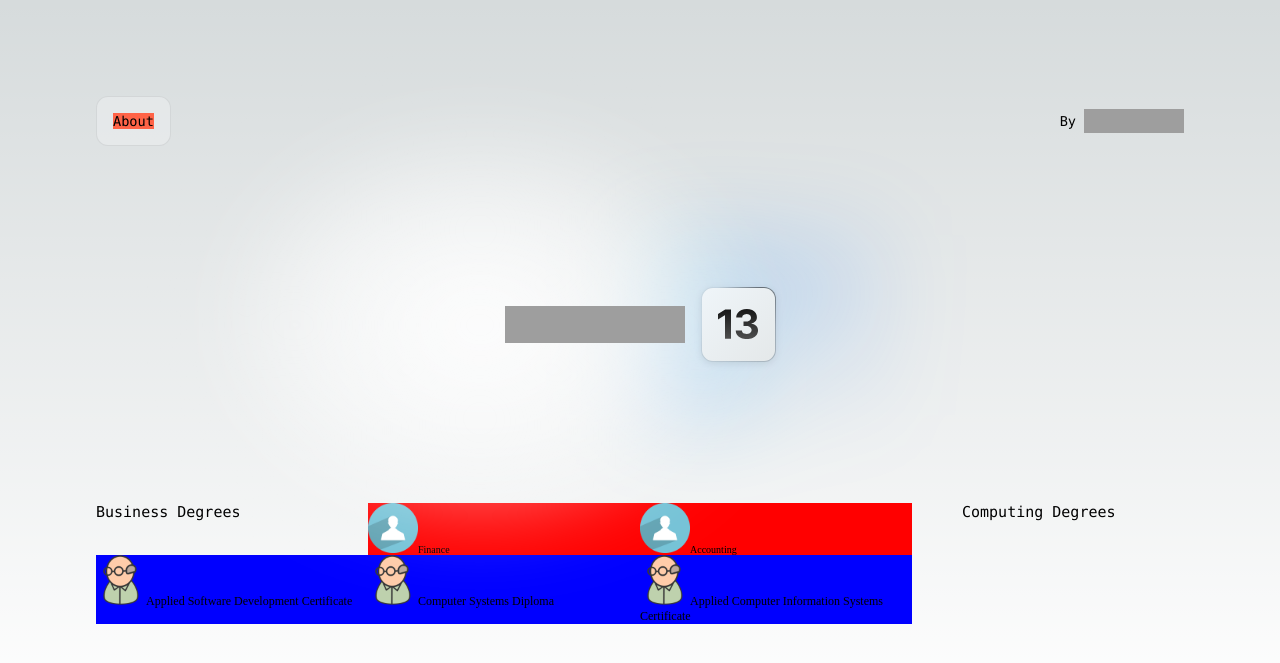
Repository: TeoEstrada9/Week-3-example
Page: /
The author's editor kept a copy of each file at every save. The page is drawn from the files as they stood at one save, then again after the next save.
The browser window is 1280 px wide. The pictures show the whole page.
Pictures or frames that could not be fetched are drawn as grey boxes. The project was rebuilt for these pictures with package versions that can differ from the ones it lists, and the page was loaded fresh each time. The framework's server and built-in components were replaced by stand-ins that run in the browser. Also part of the build but not shown: next.config.js.

Above is the page before, as saved 2023-01-18 15:21:59.

### pages/index.js
import Head from 'next/head'
import Image from 'next/image'
import { Inter } from '@next/font/google'
import styles from '@/styles/Home.module.css'
import data from '../Data/education.json'
import { useState } from 'react'
import Card from '../Components/Card'
import Link from 'next/link'

const inter = Inter({ subsets: ['latin'] })

export default function Home() {

  console.log(data);
  const [information, setInformation] = useState([...data])



  return (
    <>
      <Head>
        <title>Create Next App</title>
        <meta name="description" content="Generated by create next app" />
        <meta name="viewport" content="width=device-width, initial-scale=1" />
        <link rel="icon" href="/favicon.ico" />
      </Head>
      <main className={styles.main}>
        <div className={styles.description}>
          <p className='about-btn'>
           <Link className='about-btn' href="about">About</Link>
          </p>
          <div>
            <a
              href="https://vercel.com?utm_source=create-next-app&utm_medium=default-template&utm_campaign=create-next-app"
              target="_blank"
              rel="noopener noreferrer"
            >
              By{' '}
              <Image
                src="/vercel.svg"
                alt="Vercel Logo"
                className={styles.vercelLogo}
                width={100}
                height={24}
                priority
              />
            </a>
          </div>
        </div>

        <div className={styles.center}>
          <Image
            className={styles.logo}
            src="/next.svg"
            alt="Next.js Logo"
            width={180}
            height={37}
            priority
          />
          <div className={styles.thirteen}>
            <Image
              src="/thirteen.svg"
              alt="13"
              width={40}
              height={31}
              priority
            />
          </div>
        </div>

        <div className={styles.grid}>
          <div className='title1'>Business Degrees</div>
          {information && information.map((info, index) => {
            if(info.department === "Business")
            return(
              <Card key={index} degree={info.degree} colour="red" font="10px"/>
            )

          })}

        <div className='title2'>Computing Degrees</div>
          {information && information.map((info, index) => {
            if(info.department === "Computing")
            return(
              <Card key={index} degree={info.degree} colour="blue" font="12px"/>
            )

          })}



        </div>
      </main>
    </>
  )
}

### styles/globals.css
:root {
  --max-width: 1100px;
  --border-radius: 12px;
  --font-mono: ui-monospace, Menlo, Monaco, 'Cascadia Mono', 'Segoe UI Mono',
    'Roboto Mono', 'Oxygen Mono', 'Ubuntu Monospace', 'Source Code Pro',
    'Fira Mono', 'Droid Sans Mono', 'Courier New', monospace;

  --foreground-rgb: 0, 0, 0;
  --background-start-rgb: 214, 219, 220;
  --background-end-rgb: 255, 255, 255;

  --primary-glow: conic-gradient(
    from 180deg at 50% 50%,
    #16abff33 0deg,
    #0885ff33 55deg,
    #54d6ff33 120deg,
    #0071ff33 160deg,
    transparent 360deg
  );
  --secondary-glow: radial-gradient(
    rgba(255, 255, 255, 1),
    rgba(255, 255, 255, 0)
  );

  --tile-start-rgb: 239, 245, 249;
  --tile-end-rgb: 228, 232, 233;
  --tile-border: conic-gradient(
    #00000080,
    #00000040,
    #00000030,
    #00000020,
    #00000010,
    #00000010,
    #00000080
  );

  --callout-rgb: 238, 240, 241;
  --callout-border-rgb: 172, 175, 176;
  --card-rgb: 180, 185, 188;
  --card-border-rgb: 131, 134, 135;
}

@media (prefers-color-scheme: dark) {
  :root {
    --foreground-rgb: 255, 255, 255;
    --background-start-rgb: 0, 0, 0;
    --background-end-rgb: 0, 0, 0;

    --primary-glow: radial-gradient(rgba(1, 65, 255, 0.4), rgba(1, 65, 255, 0));
    --secondary-glow: linear-gradient(
      to bottom right,
      rgba(1, 65, 255, 0),
      rgba(1, 65, 255, 0),
      rgba(1, 65, 255, 0.3)
    );

    --tile-start-rgb: 2, 13, 46;
    --tile-end-rgb: 2, 5, 19;
    --tile-border: conic-gradient(
      #ffffff80,
      #ffffff40,
      #ffffff30,
      #ffffff20,
      #ffffff10,
      #ffffff10,
      #ffffff80
    );

    --callout-rgb: 20, 20, 20;
    --callout-border-rgb: 108, 108, 108;
    --card-rgb: 100, 100, 100;
    --card-border-rgb: 200, 200, 200;
  }
}

* {
  box-sizing: border-box;
  padding: 0;
  margin: 0;
}

html,
body {
  max-width: 100vw;
  overflow-x: hidden;
}

body {
  color: rgb(var(--foreground-rgb));
  background: linear-gradient(
      to bottom,
      transparent,
      rgb(var(--background-end-rgb))
    )
    rgb(var(--background-start-rgb));
}

a {
  color: inherit;
  text-decoration: none;
}



@media (prefers-color-scheme: dark) {
  html {
    color-scheme: dark;
  }
}



.title1 {
  font-size: 15px;
  font-family: var(--font-mono);

}
.title2 {
  font-size: 15px;
  font-family: var(--font-mono);
  margin-left: 50px;
}

.about-btn {
  background-color: tomato;
}

.Home_grid__GxQ85 {
  margin: auto;
}

### styles/Home.module.css
.main {
  display: flex;
  flex-direction: column;
  justify-content: space-between;
  align-items: center;
  padding: 6rem;
  min-height: 100vh;
}

.description {
  display: inherit;
  justify-content: inherit;
  align-items: inherit;
  font-size: 0.85rem;
  max-width: var(--max-width);
  width: 100%;
  z-index: 2;
  font-family: var(--font-mono);
}

.description a {
  display: flex;
  justify-content: center;
  align-items: center;
  gap: 0.5rem;
}

.description p {
  position: relative;
  margin: 0;
  padding: 1rem;
  background-color: rgba(var(--callout-rgb), 0.5);
  border: 1px solid rgba(var(--callout-border-rgb), 0.3);
  border-radius: var(--border-radius);
}

.code {
  font-weight: 700;
  font-family: var(--font-mono);
}

.grid {
  display: grid;
  grid-template-columns: repeat(4, minmax(25%, auto));
  width: var(--max-width);
  max-width: 100%;
}

.card {
  padding: 1rem 1.2rem;
  border-radius: var(--border-radius);
  background: rgba(var(--card-rgb), 0);
  border: 1px solid rgba(var(--card-border-rgb), 0);
  transition: background 200ms, border 200ms;
}

.card span {
  display: inline-block;
  transition: transform 200ms;
}

.card h2 {
  font-weight: 600;
  margin-bottom: 0.7rem;
}

.card p {
  margin: 0;
  opacity: 0.6;
  font-size: 0.9rem;
  line-height: 1.5;
  max-width: 30ch;
}

.center {
  display: flex;
  justify-content: center;
  align-items: center;
  position: relative;
  padding: 4rem 0;
}

.center::before {
  background: var(--secondary-glow);
  border-radius: 50%;
  width: 480px;
  height: 360px;
  margin-left: -400px;
}

.center::after {
  background: var(--primary-glow);
  width: 240px;
  height: 180px;
  z-index: -1;
}

.center::before,
.center::after {
  content: '';
  left: 50%;
  position: absolute;
  filter: blur(45px);
  transform: translateZ(0);
}

.logo,
.thirteen {
  position: relative;
}

.thirteen {
  display: flex;
  justify-content: center;
  align-items: center;
  width: 75px;
  height: 75px;
  padding: 25px 10px;
  margin-left: 16px;
  transform: translateZ(0);
  border-radius: var(--border-radius);
  overflow: hidden;
  box-shadow: 0px 2px 8px -1px #0000001a;
}

.thirteen::before,
.thirteen::after {
  content: '';
  position: absolute;
  z-index: -1;
}

/* Conic Gradient Animation */
.thirteen::before {
  animation: 6s rotate linear infinite;
  width: 200%;
  height: 200%;
  background: var(--tile-border);
}

/* Inner Square */
.thirteen::after {
  inset: 0;
  padding: 1px;
  border-radius: var(--border-radius);
  background: linear-gradient(
    to bottom right,
    rgba(var(--tile-start-rgb), 1),
    rgba(var(--tile-end-rgb), 1)
  );
  background-clip: content-box;
}

/* Enable hover only on non-touch devices */
@media (hover: hover) and (pointer: fine) {
  .card:hover {
    background: rgba(var(--card-rgb), 0.1);
    border: 1px solid rgba(var(--card-border-rgb), 0.15);
  }

  .card:hover span {
    transform: translateX(4px);
  }
}

@media (prefers-reduced-motion) {
  .thirteen::before {
    animation: none;
  }

  .card:hover span {
    transform: none;
  }
}

/* Mobile */
@media (max-width: 700px) {
  .content {
    padding: 4rem;
  }

  .grid {
    grid-template-columns: 1fr;
    margin-bottom: 120px;
    max-width: 320px;
    text-align: center;
  }

  .card {
    padding: 1rem 2.5rem;
  }

  .card h2 {
    margin-bottom: 0.5rem;
  }

  .center {
    padding: 8rem 0 6rem;
  }

  .center::before {
    transform: none;
    height: 300px;
  }

  .description {
    font-size: 0.8rem;
  }

  .description a {
    padding: 1rem;
  }

  .description p,
  .description div {
    display: flex;
    justify-content: center;
    position: fixed;
    width: 100%;
  }



  .description p {
    align-items: center;
    inset: 0 0 auto;
    padding: 2rem 1rem 1.4rem;
    border-radius: 0;
    border: none;
    border-bottom: 1px solid rgba(var(--callout-border-rgb), 0.25);
    background: linear-gradient(
      to bottom,
      rgba(var(--background-start-rgb), 1),
      rgba(var(--callout-rgb), 0.5)
    );
    background-clip: padding-box;
    backdrop-filter: blur(24px);
  }

  .description div {
    align-items: flex-end;
    pointer-events: none;
    inset: auto 0 0;
    padding: 2rem;
    height: 200px;
    background: linear-gradient(
      to bottom,
      transparent 0%,
      rgb(var(--background-end-rgb)) 40%
    );
    z-index: 1;
  }
}

/* Tablet and Smaller Desktop */
@media (min-width: 701px) and (max-width: 1120px) {
  .grid {
    grid-template-columns: repeat(2, 50%);
  }
}

@media (prefers-color-scheme: dark) {
  .vercelLogo {
    filter: invert(1);
  }

  .logo,
  .thirteen img {
    filter: invert(1) drop-shadow(0 0 0.3rem #ffffff70);
  }
}

@keyframes rotate {
  from {
    transform: rotate(360deg);
  }
  to {
    transform: rotate(0deg);
  }
}

### Data/education.json
[
        {
            "studentNumber": "A0004567",
            "firstName": "Miguel",
            "gpa": 3.8,
            "department": "Business",
            "degree": "Finance",
            "graduted": 2014
        },
        {
            "studentNumber": "A0001234",
            "firstName": "Ella",
            "gpa": 3.5,
            "department": "Business",
            "degree": "Accounting",
            "graduted": 2010
        },
        {
            "studentNumber": "A0007890",
            "firstName": "Brittney",
            "gpa": 3.2,
            "department": "Computing",
            "degree": "Applied Software Development Certificate",
            "graduted": 2018
        },
        {
            "studentNumber": "A0007828",
            "firstName": "Person 4",
            "gpa": 3.9,
            "department": "Computing",
            "degree": "Computer Systems Diploma",
            "graduted": 2021
        },
        {
            "studentNumber": "A0003425",
            "firstName": "Person 5",
            "gpa": 3.2,
            "department": "Computing",
            "degree": "Applied Computer Information Systems Certificate",
            "graduted": 2021
        }
]

### Components/Card/index.js
export default function Card({
    degree = "none",
    colour = "purple",
    font = "0",
    image = "icon/personTwo.png"
}) {
    return (
        <div style={{backgroundColor: colour, fontSize: font}}>
            {
                colour === "red" ? <img src={'icon/person.png'}width="50"/> :
                colour === "blue" ? <img src={'icon/personThree.png'}width="50"/> :
                                    <img src={'icon/person.png'}width="50"/>
            }
            {degree}

        </div>
    )
}

Loaded but not shown: pages/_app.js (common file); pages/_document.js (common file)

After the next save:
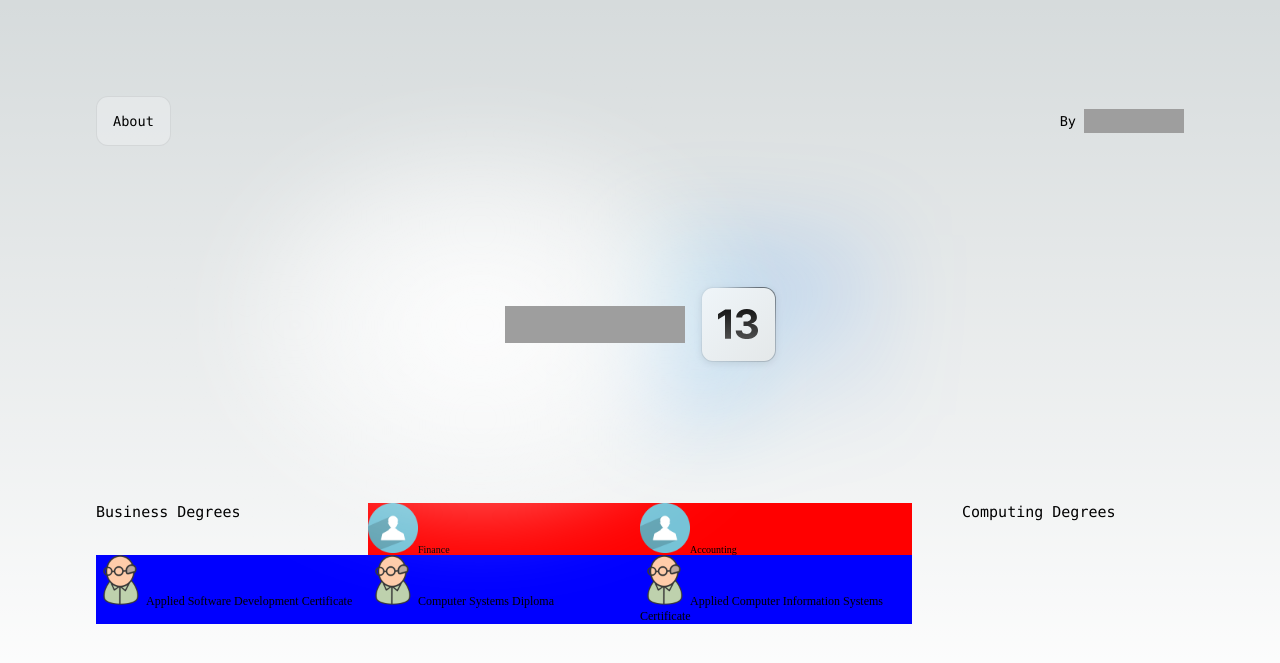
Saved 12 min 52 s later.
--- a/pages/index.js
+++ b/pages/index.js
@@ -27,7 +27,7 @@
       <main className={styles.main}>
         <div className={styles.description}>
           <p className='about-btn'>
-           <Link className='about-btn' href="about">About</Link>
+           <Link className='about-button' href="about">About</Link>
           </p>
           <div>
             <a

After the 3 saves that followed:
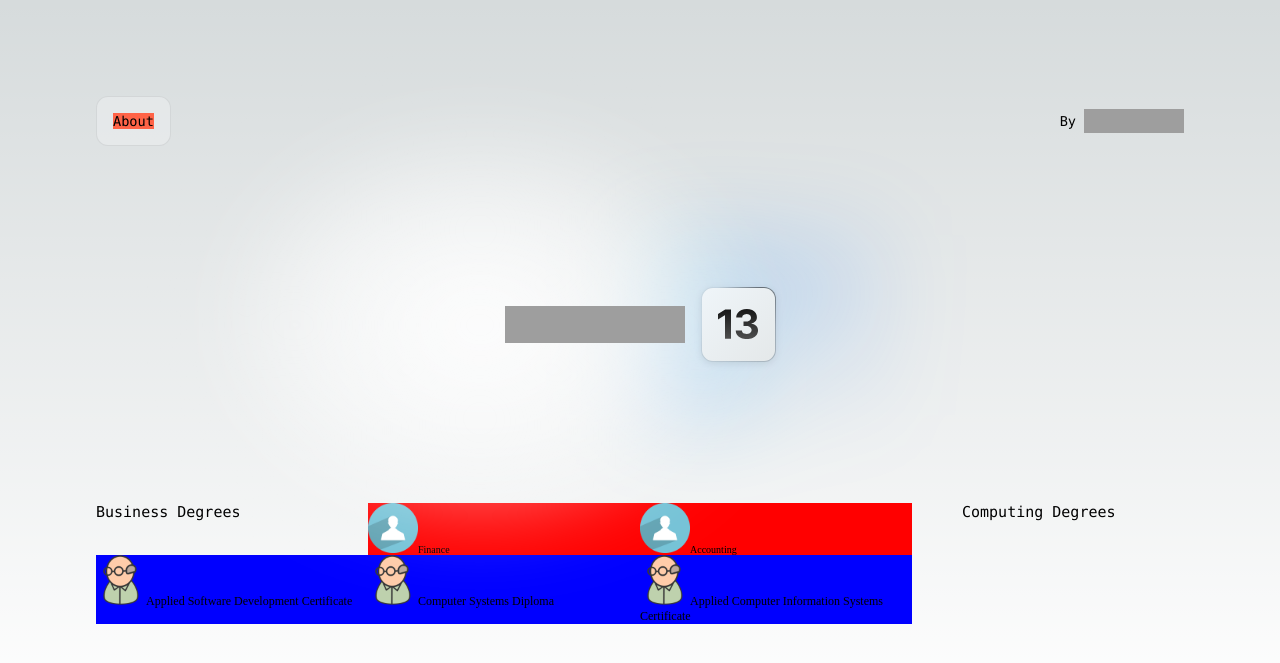
The 3 saves are shown as one change because 2 left the picture as it was.
The last was saved 15 s later.
--- a/pages/index.js
+++ b/pages/index.js
@@ -26,7 +26,7 @@
       </Head>
       <main className={styles.main}>
         <div className={styles.description}>
-          <p className='about-btn'>
+          <p className='about-button'>
            <Link className='about-button' href="about">About</Link>
           </p>
           <div>
--- a/styles/globals.css
+++ b/styles/globals.css
@@ -128,3 +128,7 @@
 .Home_grid__GxQ85 {
   margin: auto;
 }
+
+.about-button {
+  background-color: tomato;
+}
